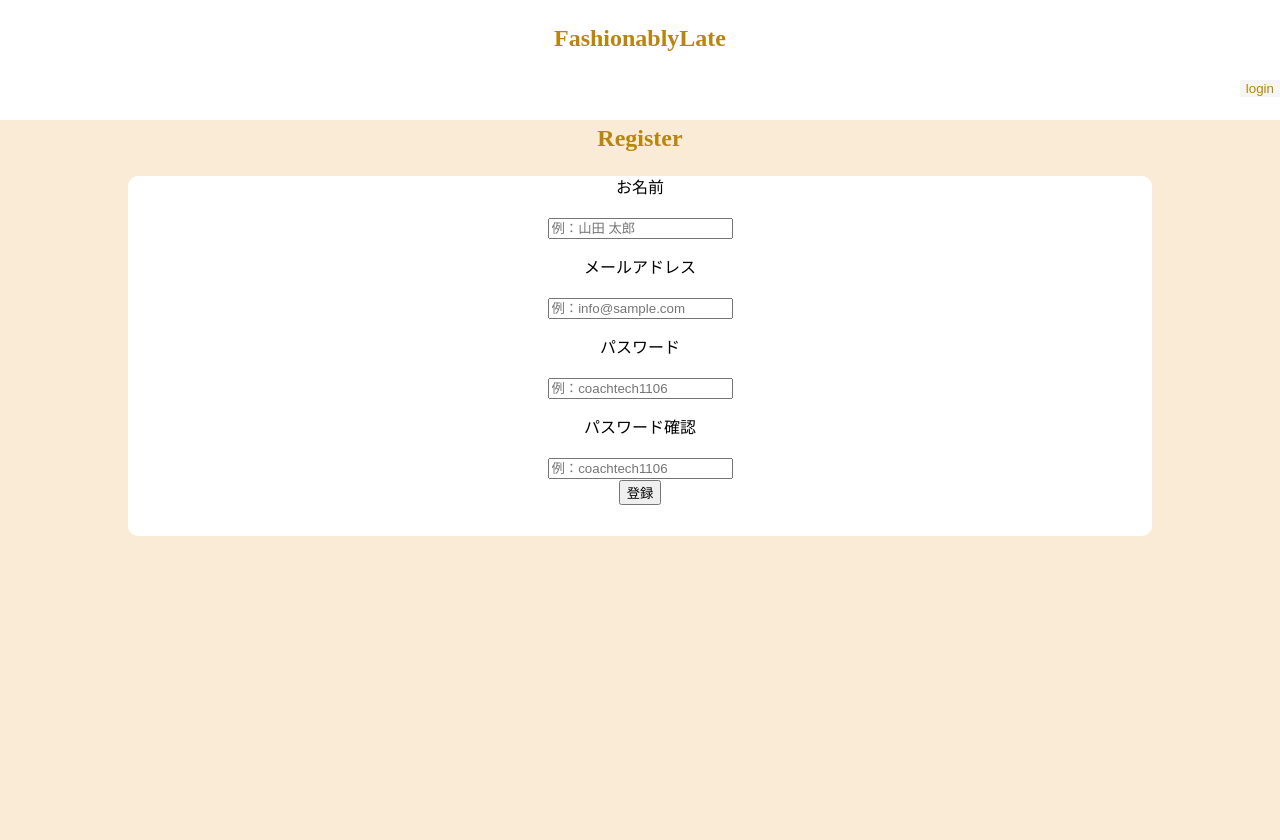
Repository: tokisiro/test-form
Page: http://localhost/register
An editor plug-in stored every save of this project. The page is shown before and after a run of saves, followed by the edit.
The browser window is 1280 px wide. The pictures show the whole page.
The page is served by the project's Laravel application, run on PHP 8.4 with Laravel 8. A made-up administrator, Test User (test@example.com), is signed in.

Above is the page before, as saved 2025-05-07 20:43:25.

After the next 2 saves:
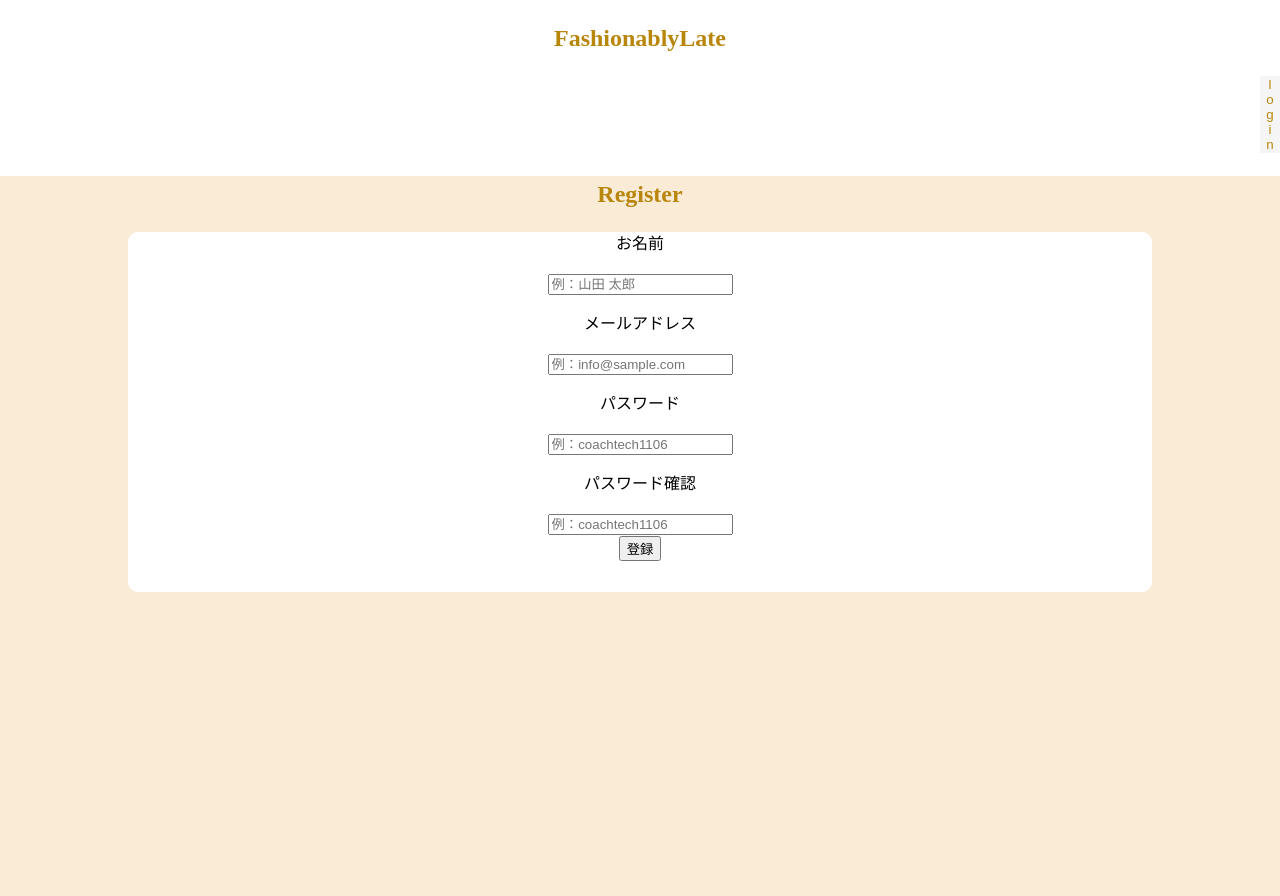
The 2 saves are shown as one change because they came seconds apart.
The last was saved 7 s later.
--- a/src/public/css/register.css
+++ b/src/public/css/register.css
@@ -29,7 +29,7 @@
     color: #B8860B;
     background-color: whitesmoke;
     border: none;
-    width: ;
+    width: 20px;
 }
 
 

After the save that followed:
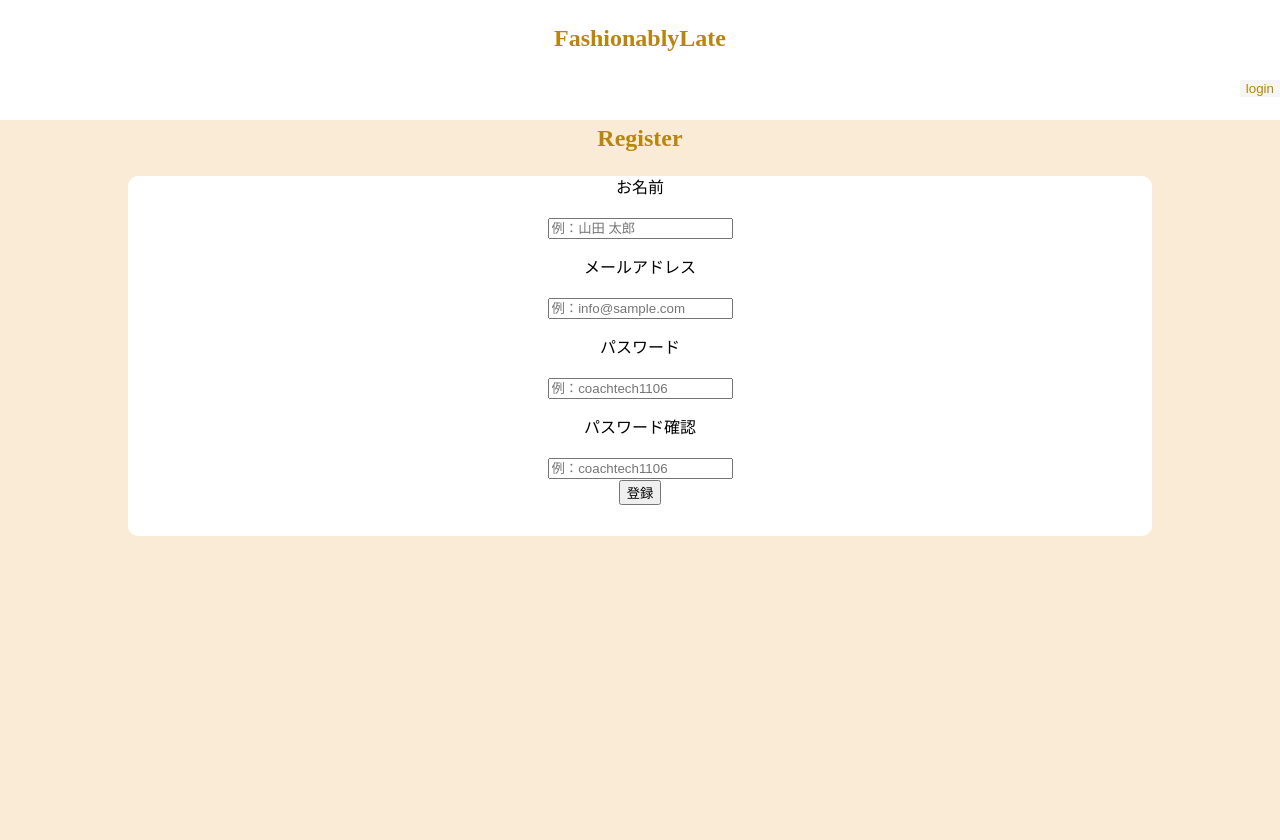
Saved 18 s later.
--- a/src/public/css/register.css
+++ b/src/public/css/register.css
@@ -29,7 +29,7 @@
     color: #B8860B;
     background-color: whitesmoke;
     border: none;
-    width: 20px;
+    width: ;
 }
 
 
